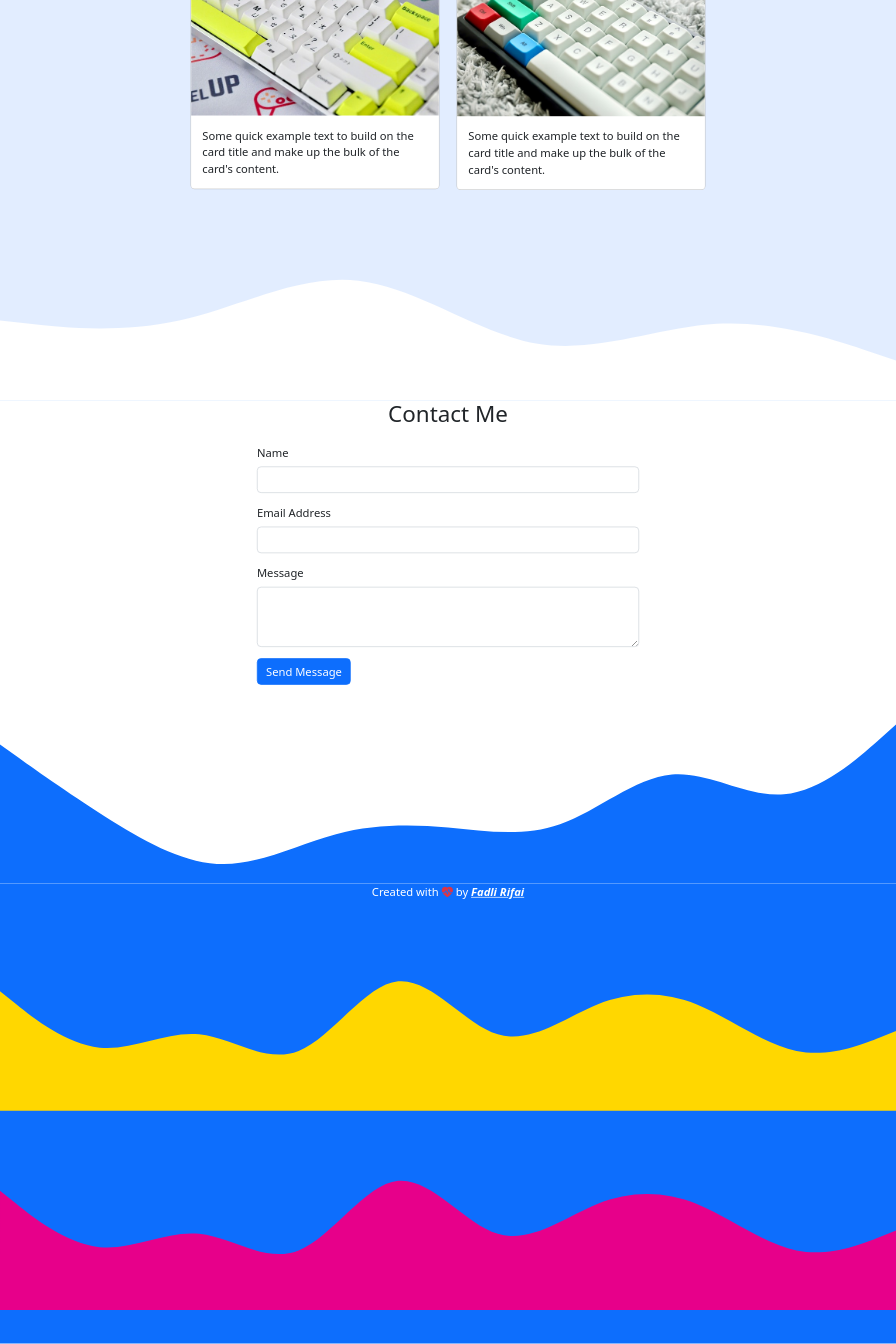
Repository: fadlyyy/fadli-dev.github.io
Page: index.html
An editor plug-in stored every save of this project. The page is shown before and after the next save, followed by the edit.
The browser window is 1280 px wide. The pictures show the part of the page from y = 1985 to 3905 px (the page is 3905 px tall before and 3805 px after), at 70% of full size.

Above is the page before, as saved 2024-01-19 16:34:32.

After the next save:
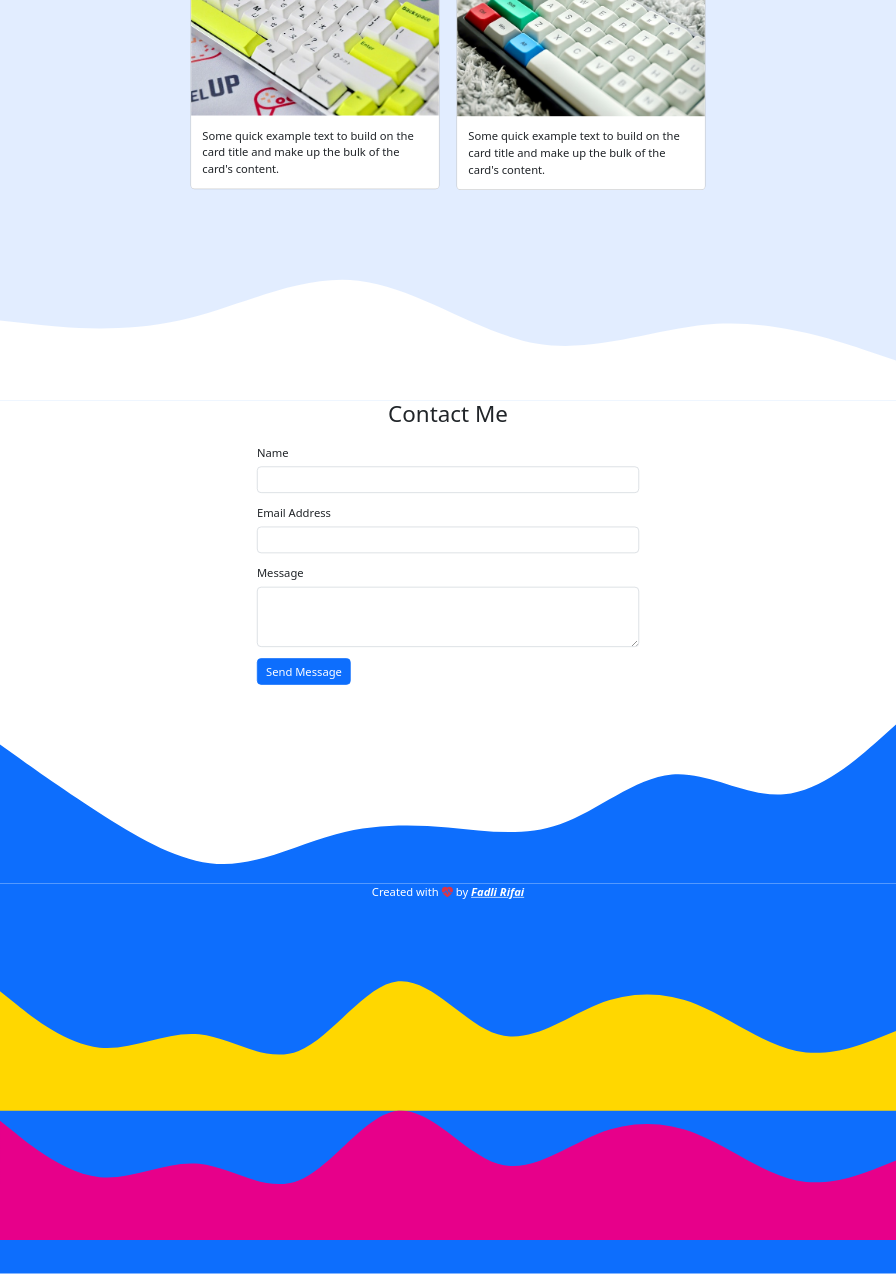
Saved 12 s later.
--- a/style.css
+++ b/style.css
@@ -20,6 +20,7 @@
 }
 
 .gelombang .gelombang2 {
+  margin-top: -100px;
   /* position: absolute; */
   /* top: -300px; */
   /* z-index: -10; */
